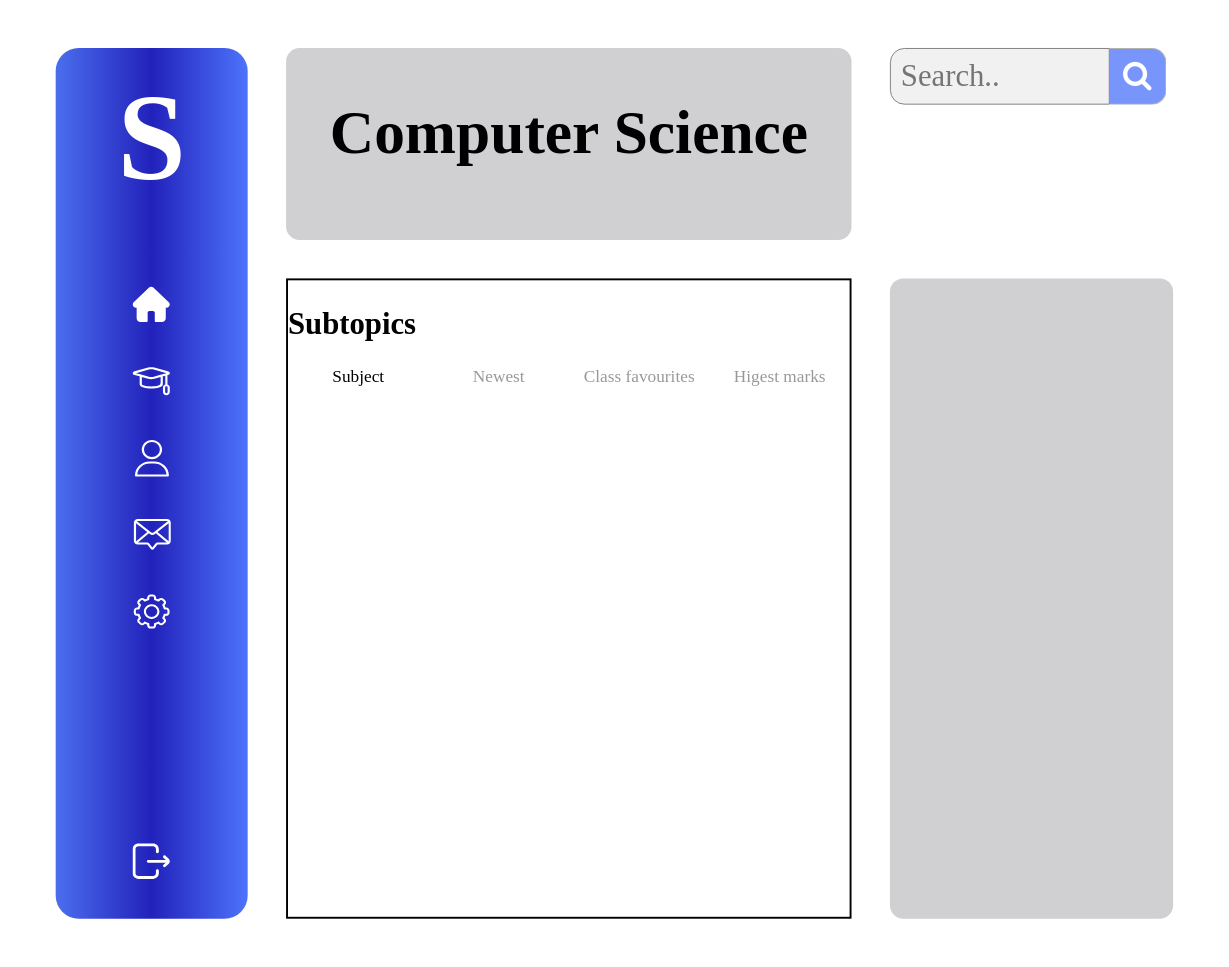
Repository: rafalzacher1/smartify-interface
Page: topics.html
An editor plug-in stored every save of this project. The page is shown before and after the next save, followed by the edit.
The browser window is 1280 px wide. The pictures show the whole page, at 96% of full size.
Some web fonts or font styles are not loaded; a fallback is used.

Above is the page before, as saved 2022-06-30 17:49:38.

### topics.html
<!DOCTYPE html>
<html lang="en">

<head>
    <link rel="stylesheet" href="./styles/home.css">
    <link rel="stylesheet" href="./styles/navigation.css">
    <link rel="stylesheet" href="./styles/search.css">
    <link rel="stylesheet" href="./styles/topics.css">
    <link rel="stylesheet" href="./styles/topic-header.css">
    <link rel="stylesheet" href="./styles/topic-teacher.css">
    <link rel="stylesheet" href="https://cdnjs.cloudflare.com/ajax/libs/font-awesome/4.7.0/css/font-awesome.min.css">
    <link href='https://fonts.googleapis.com/css?family=Baloo Bhai' rel='stylesheet'>
</head>

<body>
    <div id="main-container">
        <div id="navigation-container">
            <h1>S</h1>

            <nav id="navigation-options">
                <svg width="27" height="25" viewBox="0 0 27 25" fill="none" xmlns="http://www.w3.org/2000/svg" onclick="document.location='./index.html'">
                    <path
                        d="M25.5018 10.9867C25.5012 10.9862 25.5006 10.9856 25.5 10.985L14.8668 0.890976C14.4135 0.460518 13.8109 0.223389 13.17 0.223389C12.529 0.223389 11.9264 0.460329 11.473 0.890787L0.845318 10.9797C0.841738 10.9831 0.838158 10.9867 0.834579 10.9901C-0.0961545 11.8788 -0.0945635 13.3206 0.839153 14.207C1.26574 14.6122 1.82915 14.8469 2.43154 14.8714C2.456 14.8737 2.48066 14.8748 2.50552 14.8748H2.92932V22.3034C2.92932 23.7734 4.1892 24.9694 5.73803 24.9694H9.89809C10.3197 24.9694 10.6618 24.6449 10.6618 24.2444V18.4204C10.6618 17.7496 11.2365 17.204 11.9431 17.204H14.3968C15.1034 17.204 15.6782 17.7496 15.6782 18.4204V24.2444C15.6782 24.6449 16.02 24.9694 16.4419 24.9694H20.6019C22.1508 24.9694 23.4106 23.7734 23.4106 22.3034V14.8748H23.8036C24.4444 14.8748 25.047 14.6379 25.5006 14.2074C26.4353 13.3195 26.4357 11.8752 25.5018 10.9867V10.9867Z"
                        fill="white" />
                </svg>

                <svg width="29" height="22" viewBox="0 0 29 22" fill="none" xmlns="http://www.w3.org/2000/svg">
                    <path
                        d="M26.4228 13.5237V6.40629L26.734 6.31764C27.9305 5.97676 28.1816 5.39965 28.1816 4.97552C28.1816 4.55139 27.9304 3.97428 26.734 3.63356L16.4958 0.717713C15.8653 0.538127 15.0388 0.43924 14.1689 0.43924C13.299 0.43924 12.4726 0.538127 11.8419 0.717713L1.60382 3.63356C0.407257 3.97428 0.156067 4.55139 0.156067 4.97557C0.156067 5.3997 0.407202 5.97686 1.60376 6.31769L5.43281 7.4082V13.2841C5.43281 14.0138 5.93239 15.0416 8.31243 15.7947C9.88887 16.2936 11.9687 16.5683 14.1688 16.5683C16.3689 16.5683 18.4487 16.2936 20.0252 15.7947C22.4053 15.0415 22.9049 14.0138 22.9049 13.2841V7.40825L24.7806 6.87402V13.5237C23.7595 13.8501 23.0217 14.767 23.0217 15.8451V19.1846C23.0217 20.5351 24.179 21.6338 25.6017 21.6338C27.0242 21.6338 28.1816 20.5351 28.1816 19.1846V15.8451C28.1817 14.767 27.4439 13.8501 26.4228 13.5237ZM12.3137 2.21089C12.7886 2.07563 13.4647 1.9981 14.1689 1.9981C14.873 1.9981 15.5492 2.07563 16.024 2.21084L25.7315 4.97557L21.8438 6.08282C21.8416 6.08349 21.8394 6.08406 21.8372 6.08474L16.024 7.74036C15.5493 7.87556 14.8731 7.95309 14.169 7.95309C13.4649 7.95309 12.7886 7.87556 12.3138 7.74036L6.50073 6.08474C6.49849 6.08406 6.4963 6.08349 6.49405 6.08282L2.60639 4.97557L12.3137 2.21089ZM21.2629 11.2372C21.2629 13.3846 20.9647 13.8541 19.506 14.3157C18.0926 14.763 16.1971 15.0093 14.1689 15.0093C12.1406 15.0093 10.2452 14.763 8.83178 14.3157C7.37313 13.8541 7.07493 13.3845 7.07493 13.2841V7.87582L11.842 9.23348C12.4726 9.41307 13.299 9.51196 14.1689 9.51196C15.0388 9.51196 15.8652 9.41307 16.4959 9.23348L21.2629 7.87582V11.2372ZM26.5395 19.1845C26.5395 19.6754 26.1188 20.0748 25.6017 20.0748C25.0846 20.0748 24.6639 19.6755 24.6639 19.1845V15.845C24.6639 15.3541 25.0846 14.9546 25.6017 14.9546C26.1189 14.9546 26.5395 15.3541 26.5395 15.845V19.1845Z"
                        fill="white" />
                </svg>

                <svg width="24" height="26" viewBox="0 0 24 26" fill="none" xmlns="http://www.w3.org/2000/svg">
                    <path
                        d="M12.1698 0.827911C8.37379 0.827911 5.28546 3.75975 5.28546 7.36343C5.28546 10.9671 8.37379 13.899 12.1698 13.899C15.9659 13.899 19.0542 10.9671 19.0542 7.36343C19.0542 3.75975 15.9659 0.827911 12.1698 0.827911ZM12.1698 12.4466C9.21735 12.4466 6.81532 10.1663 6.81532 7.36343C6.81532 4.56057 9.21735 2.28025 12.1698 2.28025C15.1223 2.28025 17.5243 4.56057 17.5243 7.36343C17.5243 10.1663 15.1223 12.4466 12.1698 12.4466Z"
                        fill="white" />
                    <path
                        d="M20.7353 18.1686C18.8505 16.3518 16.3519 15.3513 13.6997 15.3513H10.64C7.98784 15.3513 5.48917 16.3518 3.60439 18.1686C1.72883 19.9765 0.695923 22.3628 0.695923 24.8883C0.695923 25.2894 1.03841 25.6145 1.46085 25.6145H22.8789C23.3013 25.6145 23.6438 25.2894 23.6438 24.8883C23.6438 22.3628 22.6109 19.9765 20.7353 18.1686ZM2.25944 24.1621C2.64267 20.043 6.25497 16.8036 10.64 16.8036H13.6997C18.0848 16.8036 21.6971 20.043 22.0803 24.1621H2.25944Z"
                        fill="white" />
                </svg>


                <svg width="27" height="23" viewBox="0 0 27 23" fill="none" xmlns="http://www.w3.org/2000/svg">
                    <path
                        d="M24.1913 0.381134H3.77551C2.23533 0.381134 0.9823 1.57067 0.9823 3.0328V15.7608C0.9823 17.223 2.23533 18.4125 3.77551 18.4125H10.353C10.4332 18.4125 10.5096 18.4491 10.5573 18.5105L12.957 21.5991C13.1975 21.9087 13.5678 22.0872 13.9729 22.089H13.979C14.3819 22.089 14.7514 21.9139 14.9937 21.608L17.4479 18.5087C17.4956 18.4484 17.5715 18.4124 17.6509 18.4124H24.1913C25.7315 18.4124 26.9845 17.2229 26.9845 15.7608V3.03276C26.9845 1.57063 25.7315 0.381134 24.1913 0.381134ZM25.4609 15.7608C25.4609 15.8747 25.4439 15.9848 25.4127 16.0892L17.5863 9.57636L25.4609 3.37251V15.7608ZM24.1913 1.8275C24.4235 1.8275 24.6413 1.88728 24.8287 1.99108L14.7964 9.8948C14.3265 10.265 13.6446 10.265 13.1747 9.8948L3.14064 1.98969C3.32753 1.88675 3.54433 1.8275 3.77551 1.8275H24.1913ZM2.55416 16.0892C2.52293 15.9848 2.50587 15.8747 2.50587 15.7608V3.36913L10.3826 9.57457L2.55416 16.0892ZM16.2301 17.6396L13.9808 20.4801L11.7834 17.6519C11.4498 17.2225 10.915 16.9661 10.3529 16.9661H3.81172L11.5698 10.5099L12.2017 11.0078C12.7186 11.415 13.3519 11.6185 13.9855 11.6185C14.6189 11.6185 15.2525 11.4148 15.7693 11.0078L16.399 10.5117L24.155 16.9661H17.6509C17.0952 16.9661 16.5641 17.2178 16.2301 17.6396Z"
                        fill="white" />
                </svg>

                <svg width="28" height="25" viewBox="0 0 28 25" fill="none" xmlns="http://www.w3.org/2000/svg">
                    <path
                        d="M14.8013 24.9227H13.1654C11.8422 24.9227 10.7657 23.9008 10.7657 22.6447V22.1193C10.2032 21.9486 9.65665 21.7333 9.13159 21.4753L8.73937 21.8477C7.7894 22.7506 6.2677 22.7241 5.34533 21.8473L4.18907 20.7497C3.26507 19.8735 3.23849 18.4294 4.18937 17.5277L4.58129 17.1556C4.30958 16.6571 4.08276 16.1384 3.90299 15.6043H3.34958C2.02648 15.6043 0.949951 14.5823 0.949951 13.3262V11.7731C0.949951 10.517 2.02648 9.4951 3.34963 9.4951H3.90304C4.08281 8.96103 4.30963 8.44223 4.58134 7.94378L4.18912 7.57148C3.2388 6.67028 3.26502 5.22602 4.18942 4.34942L5.34579 3.2517C6.2703 2.37283 7.79164 2.35089 8.73978 3.25199L9.13165 3.624C9.6567 3.3661 10.2032 3.15073 10.7658 2.98007V2.4547C10.7658 1.1986 11.8422 0.176666 13.1654 0.176666H14.8014C16.1245 0.176666 17.201 1.1986 17.201 2.4547V2.98012C17.7636 3.15073 18.3101 3.3661 18.8351 3.62405L19.2274 3.2517C20.1773 2.34876 21.699 2.37525 22.6214 3.25204L23.7777 4.34966C24.7017 5.22587 24.7283 6.66999 23.7774 7.57172L23.3854 7.94378C23.6572 8.44223 23.884 8.96098 24.0637 9.4951H24.6172C25.9403 9.4951 27.0168 10.517 27.0168 11.7731V13.3262C27.0168 14.5823 25.9403 15.6043 24.6172 15.6043H24.0637C23.884 16.1383 23.6572 16.6571 23.3854 17.1556L23.7777 17.5279C24.728 18.4291 24.7018 19.8734 23.7774 20.75L22.621 21.8477C21.6965 22.7266 20.1751 22.7485 19.227 21.8474L18.8351 21.4754C18.3101 21.7333 17.7636 21.9487 17.201 22.1193V22.6448C17.201 23.9008 16.1245 24.9227 14.8013 24.9227V24.9227ZM9.38692 19.9527C10.1163 20.3622 10.9014 20.6716 11.7203 20.8722C12.0575 20.9548 12.2931 21.2436 12.2931 21.5742V22.6447C12.2931 23.1013 12.6845 23.4727 13.1654 23.4727H14.8014C15.2824 23.4727 15.6737 23.1013 15.6737 22.6447V21.5742C15.6737 21.2436 15.9093 20.9548 16.2466 20.8722C17.0655 20.6716 17.8505 20.3622 18.5799 19.9527C18.8801 19.7842 19.2621 19.8301 19.5087 20.0641L20.3074 20.8224C20.6518 21.1497 21.2048 21.1421 21.5407 20.8227L22.6978 19.7243C23.0329 19.4066 23.0441 18.8815 22.6981 18.5535L21.899 17.7949C21.6525 17.5609 21.6042 17.1981 21.7817 16.9133C22.213 16.2208 22.5389 15.4756 22.7502 14.6981C22.8373 14.378 23.1414 14.1544 23.4897 14.1544H24.6172C25.0982 14.1544 25.4895 13.7829 25.4895 13.3263V11.7732C25.4895 11.3166 25.0982 10.9451 24.6172 10.9451H23.4897C23.1414 10.9451 22.8373 10.7214 22.7502 10.4013C22.5389 9.6239 22.213 8.87862 21.7817 8.18622C21.6042 7.90135 21.6525 7.53857 21.899 7.30454L22.6978 6.54626C23.0431 6.21886 23.0341 5.69397 22.6981 5.37541L21.5411 4.27707C21.2058 3.95827 20.6527 3.94894 20.3078 4.27678L19.5088 5.03535C19.2622 5.26942 18.88 5.31524 18.58 5.14675C17.8506 4.73724 17.0655 4.42786 16.2466 4.22724C15.9094 4.14464 15.6738 3.8559 15.6738 3.52526V2.4547C15.6738 1.99811 15.2824 1.62663 14.8014 1.62663H13.1655C12.6845 1.62663 12.2932 1.99811 12.2932 2.4547V3.52516C12.2932 3.8558 12.0576 4.14454 11.7203 4.22714C10.9014 4.42777 10.1164 4.73714 9.38697 5.14666C9.08679 5.3151 8.7047 5.26928 8.45818 5.03525L7.65948 4.27697C7.31511 3.94966 6.76205 3.95725 6.42619 4.27663L5.26911 5.37503C4.93401 5.69276 4.92281 6.21779 5.26881 6.54587L6.06787 7.30445C6.31438 7.53847 6.36265 7.90125 6.18522 8.18612C5.75385 8.87852 5.42801 9.62381 5.21667 10.4012C5.12961 10.7214 4.82547 10.945 4.47723 10.945H3.34963C2.86867 10.9451 2.47731 11.3165 2.47731 11.7731V13.3262C2.47731 13.7828 2.86867 14.1543 3.34963 14.1543H4.47718C4.82547 14.1543 5.12956 14.378 5.21662 14.6981C5.42796 15.4755 5.75385 16.2208 6.18517 16.9132C6.3626 17.1981 6.31433 17.5609 6.06782 17.7949L5.26906 18.5532C4.92378 18.8806 4.93279 19.4055 5.26876 19.724L6.42573 20.8224C6.76109 21.1412 7.31419 21.1505 7.65907 20.8226L8.45808 20.0641C8.63974 19.8917 9.01765 19.7454 9.38692 19.9527V19.9527Z"
                        fill="white" />
                    <path
                        d="M13.9834 17.9339C10.856 17.9339 8.31177 15.5185 8.31177 12.5497C8.31177 9.58082 10.856 7.16547 13.9834 7.16547C17.1107 7.16547 19.6549 9.58082 19.6549 12.5497C19.6549 15.5185 17.1107 17.9339 13.9834 17.9339ZM13.9834 8.61543C11.6982 8.61543 9.83912 10.3803 9.83912 12.5497C9.83912 14.719 11.6982 16.4839 13.9834 16.4839C16.2685 16.4839 18.1276 14.719 18.1276 12.5497C18.1276 10.3803 16.2685 8.61543 13.9834 8.61543Z"
                        fill="white" />
                </svg>


                <svg id="logout" width="27" height="26" viewBox="0 0 27 26" fill="none"
                    xmlns="http://www.w3.org/2000/svg">
                    <path
                        d="M18.5379 19.6672V21.6084C18.5379 23.7492 16.7034 25.4907 14.4484 25.4907H4.1734C1.91837 25.4907 0.0838623 23.7492 0.0838623 21.6084V4.52618C0.0838623 2.38541 1.91837 0.64386 4.1734 0.64386H14.4484C16.7034 0.64386 18.5379 2.38541 18.5379 4.52618V6.46734C18.5379 7.00343 18.0802 7.43792 17.5155 7.43792C16.9508 7.43792 16.4932 7.00343 16.4932 6.46734V4.52618C16.4932 3.45589 15.5758 2.58502 14.4484 2.58502H4.1734C3.04598 2.58502 2.12863 3.45589 2.12863 4.52618V21.6084C2.12863 22.6787 3.04598 23.5495 4.1734 23.5495H14.4484C15.5758 23.5495 16.4932 22.6787 16.4932 21.6084V19.6672C16.4932 19.1311 16.9508 18.6966 17.5155 18.6966C18.0802 18.6966 18.5379 19.1311 18.5379 19.6672ZM25.5083 11.4L23.2189 9.22667C22.8196 8.84753 22.1722 8.84753 21.773 9.22667C21.3736 9.60561 21.3736 10.2202 21.773 10.5991L23.4014 12.1452H11.1256C10.5609 12.1452 10.1032 12.5797 10.1032 13.1158C10.1032 13.6519 10.5609 14.0864 11.1256 14.0864H23.4014L21.773 15.6325C21.3736 16.0114 21.3736 16.626 21.773 17.005C21.9727 17.1945 22.2343 17.2893 22.4959 17.2893C22.7577 17.2893 23.0192 17.1945 23.2189 17.005L25.5083 14.8316C26.5049 13.8854 26.5049 12.3462 25.5083 11.4Z"
                        fill="white" />
                </svg>
            </nav>
        </div>

        <div id="search-container">
            <form class="example" action="/action_page.php" style="margin:auto;max-width:300px">
                <input type="text" placeholder="Search.." name="search2">
                <button type="submit"><i class="fa fa-search"></i></button>
            </form>
        </div>

        <div id="topic-header-container">
            <h1>Computer Science</h1>
        </div>

        <div id="topics-container">
            <div>
                <h2>Subtopics</h2>

                <div id="topic-options">
                    <button id="subject-option" class="topic-option" onclick="showSubjectTests()">Subject</button>
                    <button id="newest-option" class="topic-option" onclick="showNewstTests()"
                        style="opacity: 0.4;">Newest</button>
                    <button id="favourites-option" class="topic-option" onclick="showFavorites()"
                        style="opacity: 0.4;">Class favourites</button>
                    <button id="highest-marks-option" class="topic-option" onclick="showHighestMarks()"
                        style="opacity: 0.4;">Higest marks</button>
                </div>

            </div>
        </div>

        <div id="topic-teacher-container">

        </div>
    </div>
</body>

<script src="./scripts/activeLinks.js">
</script>

</html>

### styles/home.css
#main-container {
    display: grid;
    grid-template-columns: 2fr 8fr 4fr;
    grid-template-rows: 200px 200px 200px;
    gap: 40px;
    margin: 50px;
}

### styles/navigation.css
#navigation-container {
  font-family: "Baloo Bhai";
  font-size: 26px;
  background: rgb(32, 80, 251);
  background: linear-gradient(
    90deg,
    rgba(30, 74, 233, 0.8) 0%,
    rgba(10, 10, 180, 0.9) 50%,
    rgba(32, 80, 251, 0.8) 100%
  );
  border-radius: 24px;
  width: 200px;
  height: 100%;
  text-align: center;
  display: inline-block;
  grid-column: 1;
  grid-row: 1 / 5;
}

#navigation-container h1 {
  font-family: "Baloo Bhai";
  font-size: 128px;
  color: #ffffff;
  margin: 0;
  padding-top: 20px;
  padding-bottom: 60px;
}

#navigation-options svg {
  margin-left: auto;
  margin-right: auto;
  display: block;
  padding: 20px;
  height: 40px;
  width: 40px;
}

#navigation-options svg:hover {
  opacity: 0.4;
  cursor: pointer;
}

#logout {
  margin-top: 180px;
  margin-bottom: 20px;
}

### styles/search.css
#search-container {
  grid-column: 3;
  grid-row: 1;
}

#search-container h2 {
  font-family: "Baloo Bhai";
  font-size: 16px;
}

form.example input[type="text"] {
  padding: 10px;
  font-size: 17px;
  border: 1px solid grey;
  float: left;
  width: 70%;
  background: #f1f1f1;
  border-radius: 15px 0 0 15px;
  font-family: "Baloo Bhai";
  font-size: 32px;
}

form.example button {
  float: left;
  width: 20%;
  padding: 10px;
  background: #2050fb;
  opacity: 0.6;
  color: white;
  font-size: 17px;
  border: 1px solid grey;
  border-left: none;
  cursor: pointer;
  border-radius: 0 15px 15px 0;
  font-family: "Baloo Bhai";
  font-size: 32px;
  box-sizing: border-box;
}

form.example button:hover {
  opacity: 1;
}

form.example::after {
  content: "";
  clear: both;
  display: table;
}

### styles/topics.css
#topics-container {
  grid-column: 2;
  grid-row: 2 / 5;
  border: solid 2px black;
}

#topics-container h2 {
  font-family: "Baloo Bhai";
  font-size: 32px;
}

#topic-options {
  display: flex;
  justify-content: space-between;
  font-family: "Baloo Bhai";
  font-size: 16px;
}

.topic-option,
input[type="submit"],
input[type="reset"] {
  background: none;
  color: inherit;
  border: none;
  padding: 0;
  font: inherit;
  cursor: pointer;
  outline: inherit;
  width: 30%;
  font-family: "Baloo Bhai";
  font-size: 18px;
}

### styles/topic-header.css
#topic-header-container {
  grid-column: 2;
  grid-row: 1;
  background-color: #d0d0d3;
  border-radius: 14px;
}

#topic-header-container h1 {
  font-family: "Baloo Bhai";
  font-size: 64px;
  margin: 51px 0;
  text-align: center;
}

### styles/topic-teacher.css
#topic-teacher-container {
  grid-column: 3;
  grid-row: 2 / 5;
  background-color: #d0d0d3;
  border-radius: 14px;
}

#teac-container h1 {
  font-family: "Baloo Bhai";
  font-size: 64px;
  margin-bottom: 0;
  padding-left: 20px;
}

#user-header-container p {
  color: #2050fb;
  font-family: "Baloo Bhai";
  font-size: 16px;
  margin-top: 0;
  padding-left: 20px;
}

#user-pic img {
  border-radius: 50%;
}

### scripts/activeLinks.js
function showLearningHoursGraph() {
    document.getElementById("learning-hours-option").style.opacity = 1;
    document.getElementById("tests-option").style.opacity = 0.4;

    document.getElementById("learning-hours").style.display = "block";
    document.getElementById("tests").style.display = "none";
}

function showTestsGraph() {
    document.getElementById("learning-hours-option").style.opacity = 0.4;
    document.getElementById("tests-option").style.opacity = 1;

    document.getElementById("learning-hours").style.display = "none";
    document.getElementById("tests").style.display = "block";
}

function showSubjectTests() {
    document.getElementById("subject-option").style.opacity=1;

    document.getElementById("newest-option").style.opacity=0.4;
    document.getElementById("favourites-option").style.opacity=0.4;
    document.getElementById("highest-marks-option").style.opacity=0.4;
}

function showNewstTests() {
    document.getElementById("newest-option").style.opacity=1;

    document.getElementById("subject-option").style.opacity=0.4;
    document.getElementById("favourites-option").style.opacity=0.4;
    document.getElementById("highest-marks-option").style.opacity=0.4;
}

function showFavorites() {
    document.getElementById("favourites-option").style.opacity=1;

    document.getElementById("newest-option").style.opacity=0.4;
    document.getElementById("subject-option").style.opacity=0.4;
    document.getElementById("highest-marks-option").style.opacity=0.4;
}

function showHighestMarks() {
    document.getElementById("highest-marks-option").style.opacity=1;

    document.getElementById("newest-option").style.opacity=0.4;
    document.getElementById("favourites-option").style.opacity=0.4;
    document.getElementById("subject-option").style.opacity=0.4;
}

After the next save:
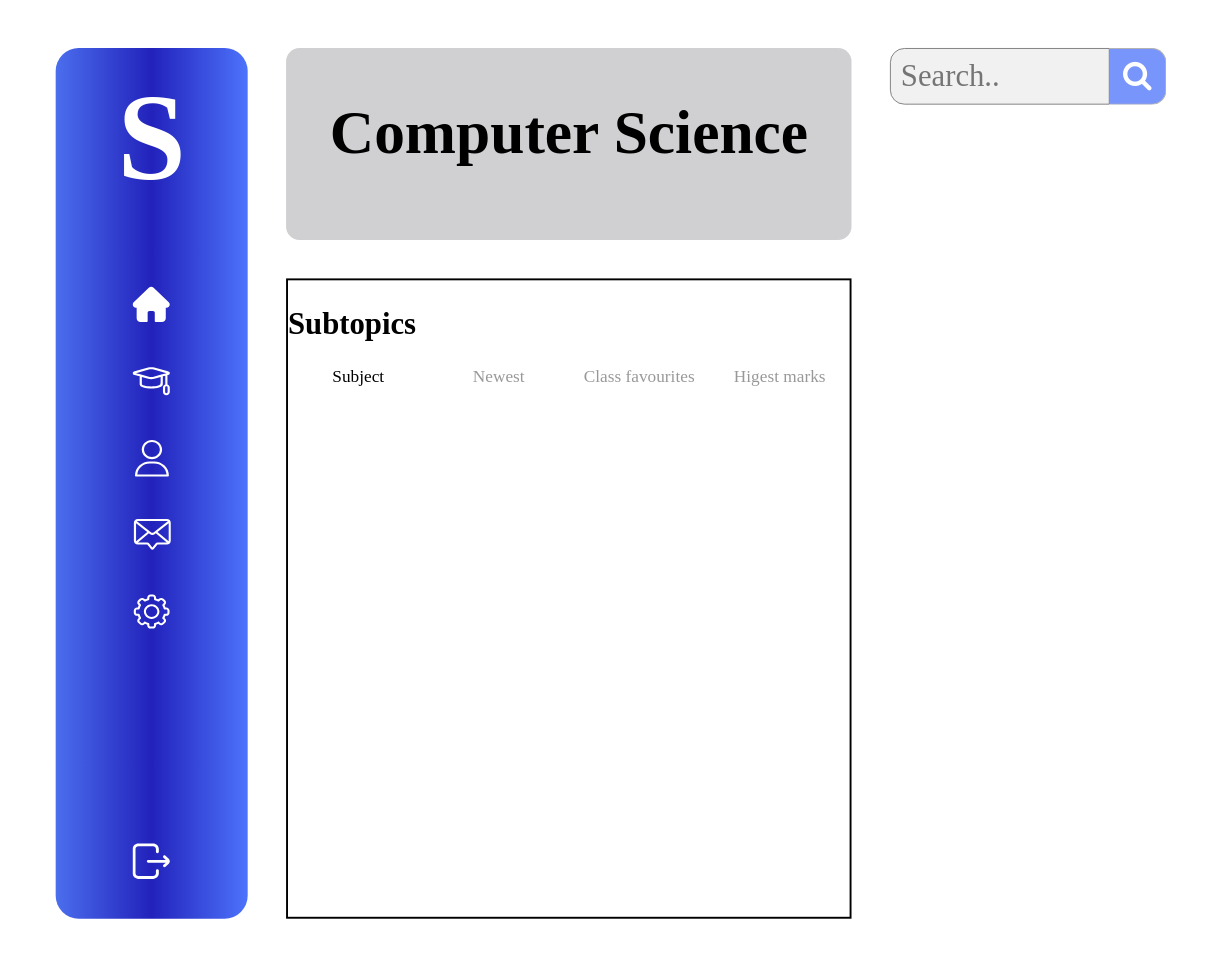
Saved 5 s later.
--- a/styles/topic-teacher.css
+++ b/styles/topic-teacher.css
@@ -1,4 +1,4 @@
-#topic-teacher-container {
+#teacher-container {
   grid-column: 3;
   grid-row: 2 / 5;
   background-color: #d0d0d3;

After the 5 saves that followed:
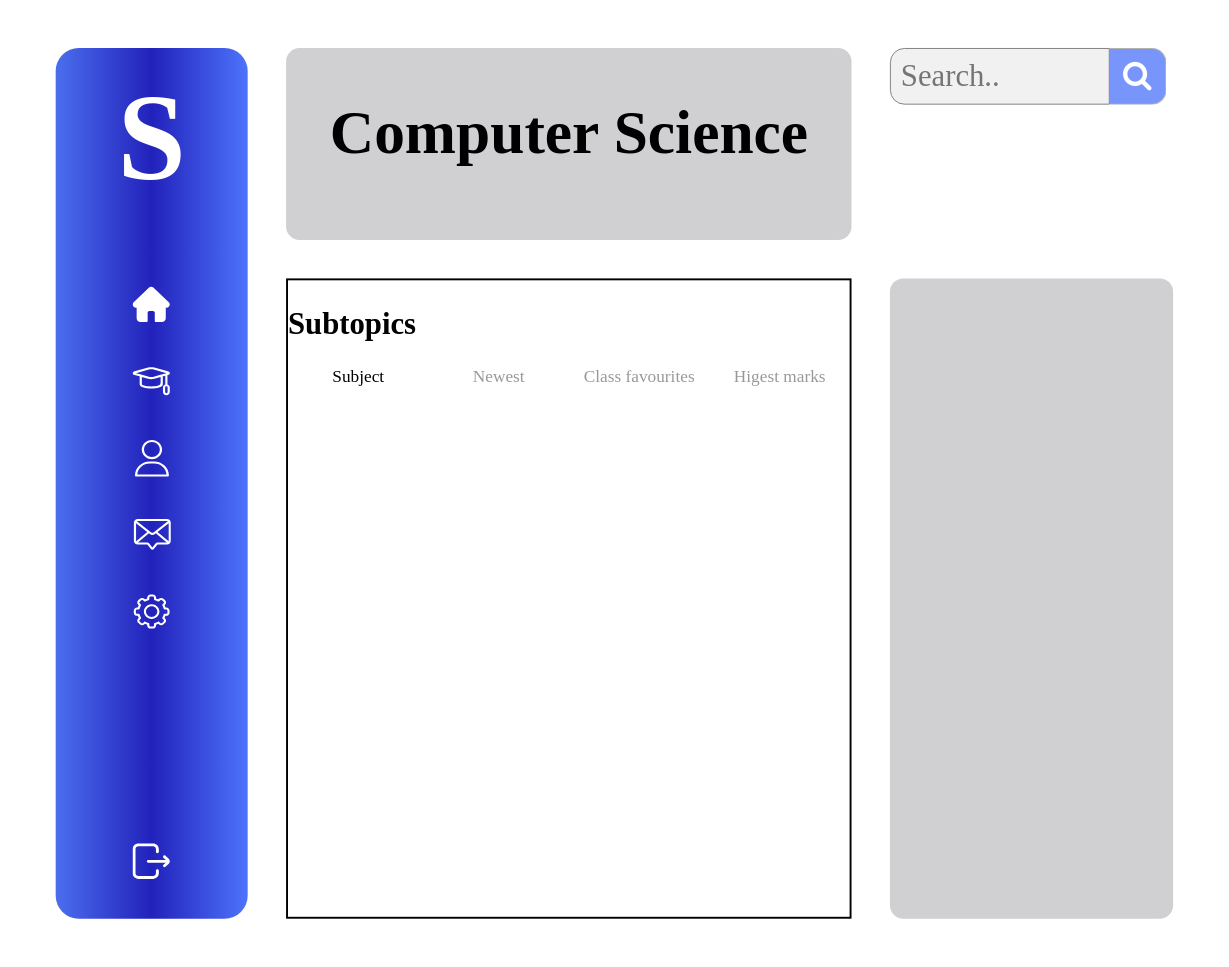
The 5 saves are shown as one change because 2 left the picture as it was and some came seconds apart.
The last was saved 46 s later.
--- a/topics.html
+++ b/topics.html
@@ -93,7 +93,7 @@
             </div>
         </div>
 
-        <div id="topic-teacher-container">
+        <div id="teacher-container">
 
         </div>
     </div>
--- a/styles/topic-teacher.css
+++ b/styles/topic-teacher.css
@@ -5,14 +5,14 @@
   border-radius: 14px;
 }
 
-#teac-container h1 {
+#teacher-container h1 {
   font-family: "Baloo Bhai";
   font-size: 64px;
   margin-bottom: 0;
   padding-left: 20px;
 }
 
-#user-header-container p {
+#teacher-container p {
   color: #2050fb;
   font-family: "Baloo Bhai";
   font-size: 16px;
@@ -20,6 +20,6 @@
   padding-left: 20px;
 }
 
-#user-pic img {
+#teacher img {
   border-radius: 50%;
 }
